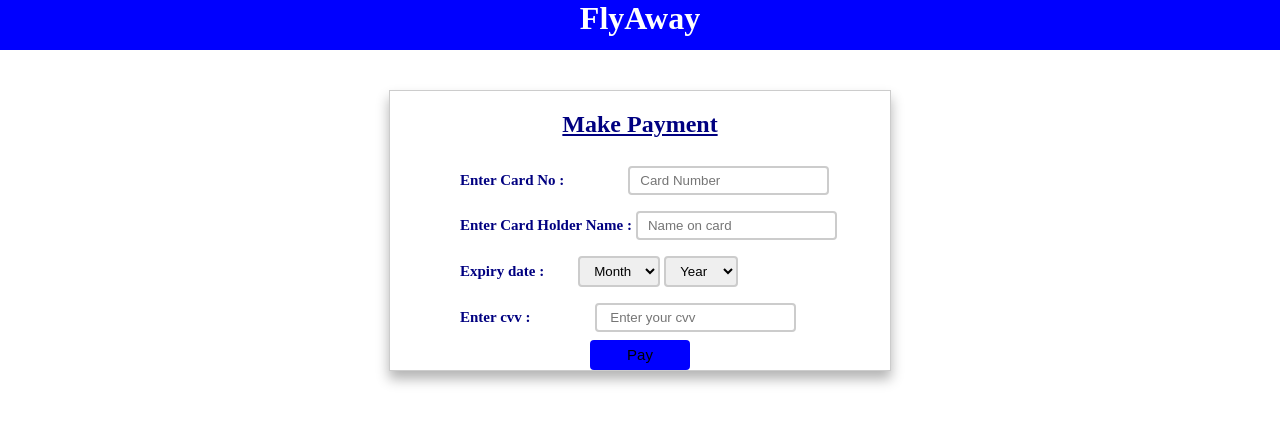
Repository: KartikMuchakandimath/Flyaway
Page: http://localhost/FlayAway/Payment.jsp
These files come from the project's save history. The page is drawn as it stood at one moment and after the next save; the edit follows.
The browser window is 1280 px wide. The pictures show the whole page.
The page is served by Tomcat 9.

Above is the page before, as saved 2022-04-22 20:00:09.

After the next save:
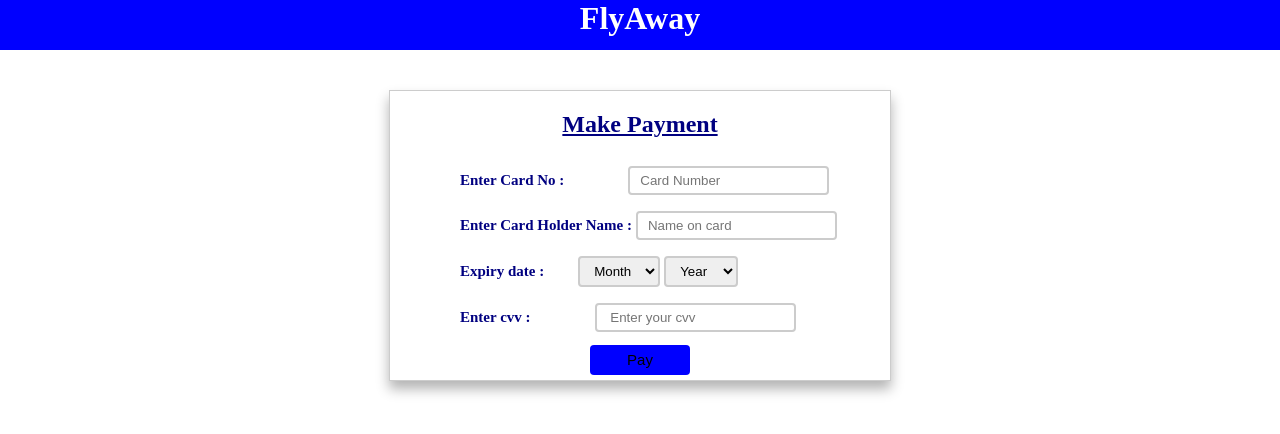
Saved 22 s later.
--- a/FlayAway/src/main/webapp/Payment.jsp
+++ b/FlayAway/src/main/webapp/Payment.jsp
@@ -63,7 +63,7 @@ button{
 	font-size : 15px;
 	font-width : bold;
 	background-color: Blue;
-	margin:5x;
+	margin:5px;
 	}
 </style>
 </head>
